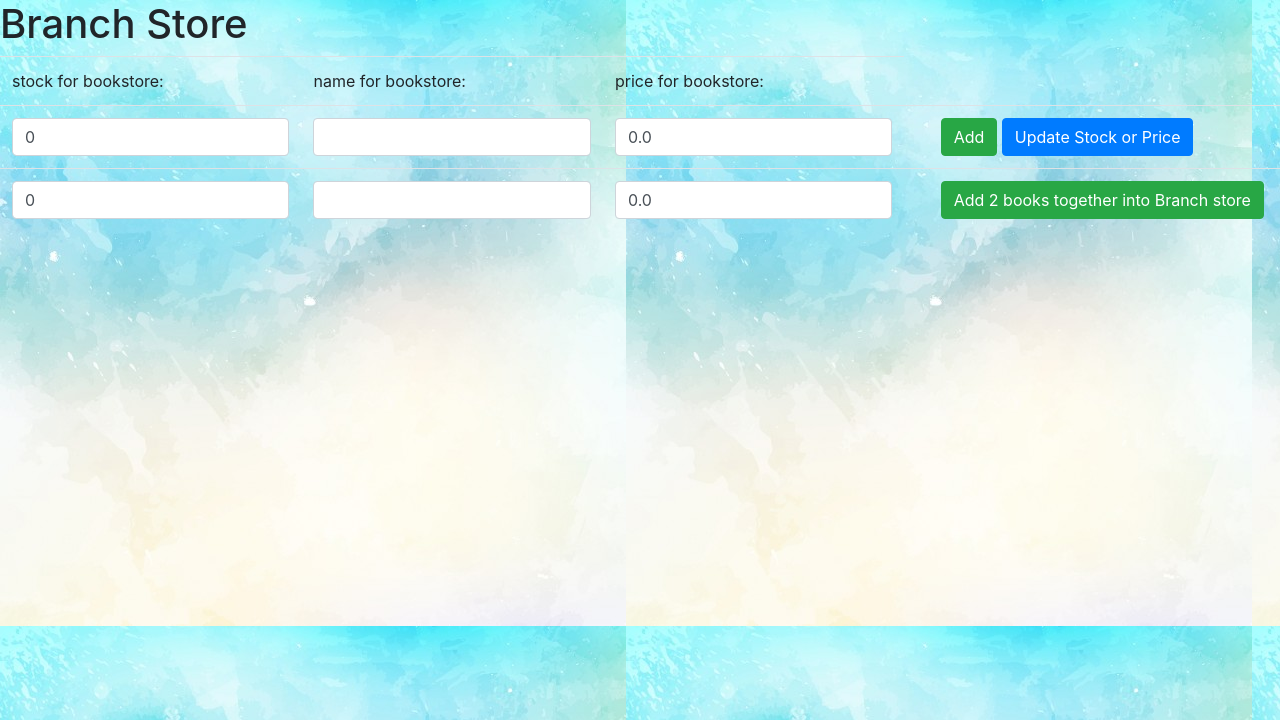
Repository: zhenyan02/HW_Projects
Page: http://localhost/bookStore/BranchWeb.jsp
These files come from the project's save history. The page is drawn as it stood at one moment and after the next save; the edit follows.
The browser window is 1280 px wide. The pictures show the whole page.
The page is served by Tomcat 9. Queries for data that is not in the repository find no rows.

Above is the page before, as saved 2018-11-28 20:18:14.

After the next save:
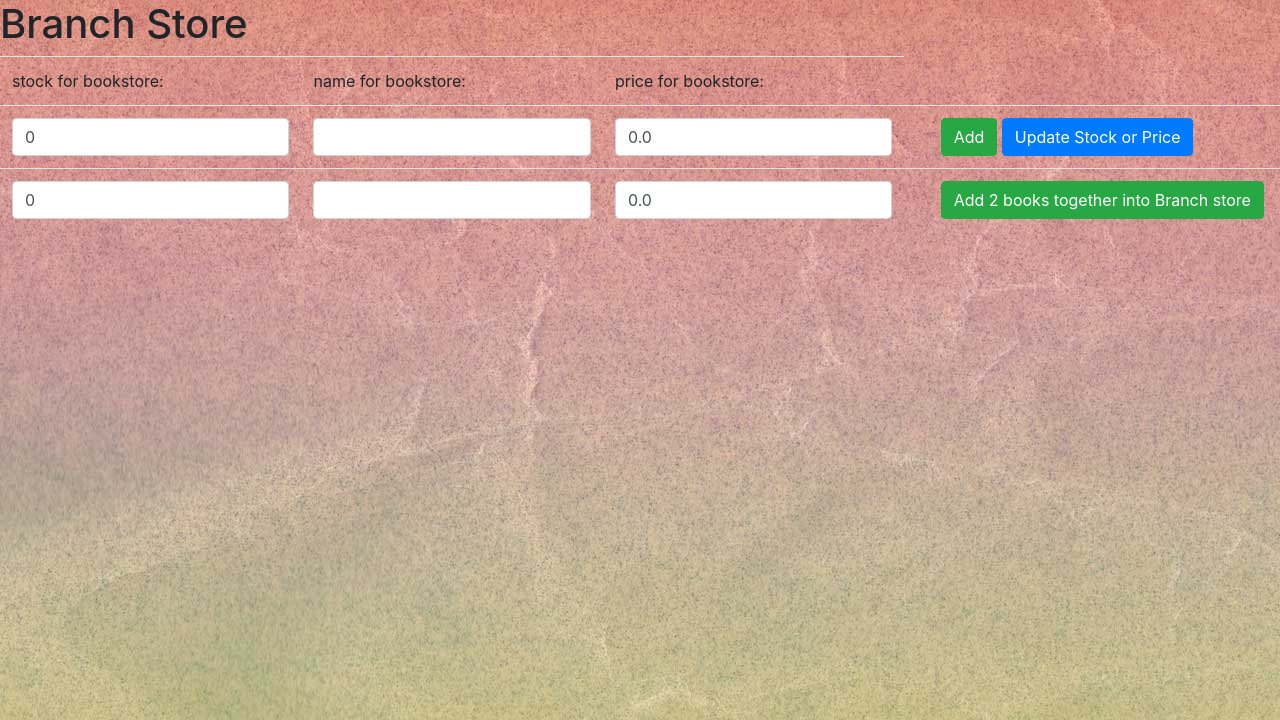
Saved 4 min 40 s later.
--- a/582_Final Project_JavaScript/bookStore/WebContent/BranchWeb.jsp
+++ b/582_Final Project_JavaScript/bookStore/WebContent/BranchWeb.jsp
@@ -8,7 +8,7 @@
 <link href="css/bootstrap.css" rel="stylesheet"/>
 </head>
 
-<body background="back1.jpg">
+<body background="back12.jpg">
 	<h1>Branch Store</h1>
 
 <%
